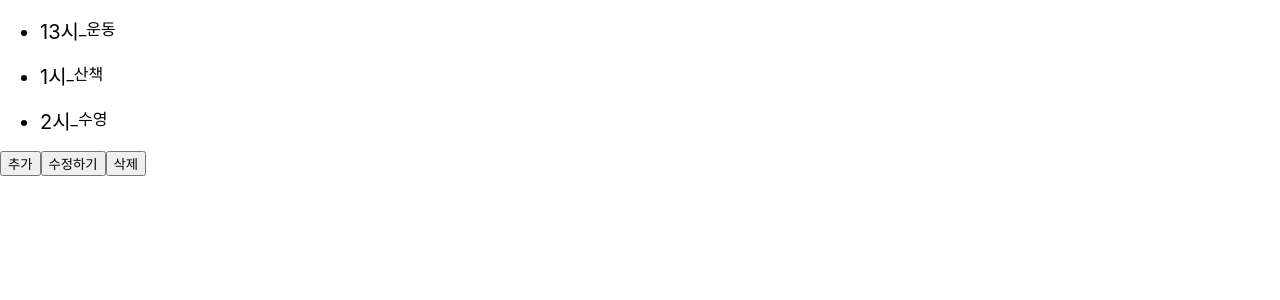
Repository: 0gunkim/REACT-TODO-PRAC
Page: / (app in todo/)
The author's editor kept a copy of each file at every save. The page is drawn from the files as they stood at one save, then again after the next save.
The browser window is 1280 px wide. The pictures show the whole page.
The project was rebuilt for these pictures with package versions that can differ from the ones it lists, and the page was loaded fresh each time.

Above is the page before, as saved 2023-01-04 15:38:12.

### todo/src/App.js
import TodoList from "./pages/TodoList";


function App() {
  return (
    <div className="App">
   <TodoList></TodoList>
    </div>
  );
}

export default App;

### todo/src/pages/TodoList.jsx
import React from 'react';
import { useState } from 'react';
import { initialTodo } from '../util/initialTodo';
import { AddButton } from '../components/AddButton';
import { EditButton } from '../components/EditButton';
import { DeleteButton } from '../components/DeleteButton';
import styled from 'styled-components';
export default function TodoList() {
    const [todo, setTodo] = useState(initialTodo)
    console.log(todo)
    return (
        <div>
            {todo.map((list)=>{
                return(
                <div key={list.id}>
                    <ul>
                        <STList>
                            <STTime>{list.time}시 </STTime><div>_{list.title}</div>
                        </STList>
                    </ul>
                </div>

                )})}
                <STButton>
                <AddButton todo={todo} setTodo={setTodo} />
                <EditButton todo={todo} setTodo={setTodo} />
                <DeleteButton todo={todo} setTodo={setTodo} />
                </STButton>

        </div>
    );
}
const STTime = styled.li`
    font-size: 20px;
`
const STList = styled.div`
    display: flex;
`
const STButton = styled.div`
    display: flex;
`

### todo/src/util/initialTodo.js
export const initialTodo = [
{
    id: 1,
    title: '운동',
    time: '13',
},
{
    id: 2,
    title: '산책',
    time: '1',
},
{
    id: 3,
    title: '수영',
    time: '2',
},
]

### todo/src/components/AddButton.jsx
import React from 'react';
import { nanoid } from 'nanoid'

export const AddButton = (props) => {
    const id = nanoid()
    const {todo, setTodo} = props;
    console.log(todo)
    const addHandlerButton = () => {
        const ff = prompt(`오늘의 할일은?`);
        const time = prompt(`몇시 (숫자만 입력)`);
        setTodo(() => (
            [...todo, {title: ff, time ,id}]
        ))
    };
    return(
        <div>
        <button onClick={addHandlerButton}>추가</button>
        </div>
    );
};

### todo/src/components/EditButton.jsx
import React from 'react';

export const EditButton = (props) => {
    const editHandlerButton = () => {
        const {todo, setTodo} = props;
        const editId = prompt(`몇시를 수정하고 싶나요? (숫자만 입력해주세요)`);
        const current = prompt(`수정하고싶은 일을 적어주세요`);
        setTodo(todo.map((i) => {
            if(i.time === editId){
                return {...i, title: current}
            }
           return i;
        }))
    };
    return(
        <div>
            <button onClick={editHandlerButton}>수정하기</button>
        </div>
    );
};

### todo/src/components/DeleteButton.jsx
import React from 'react';

export const DeleteButton = () => {
    return(
        <div>
            <button>삭제</button>
        </div>
    );
};

Loaded but not shown: todo/public/index.html (common file); todo/src/index.js (common file); todo/src/index.css (common file); todo/src/reportWebVitals.js (common file)

After the next save:
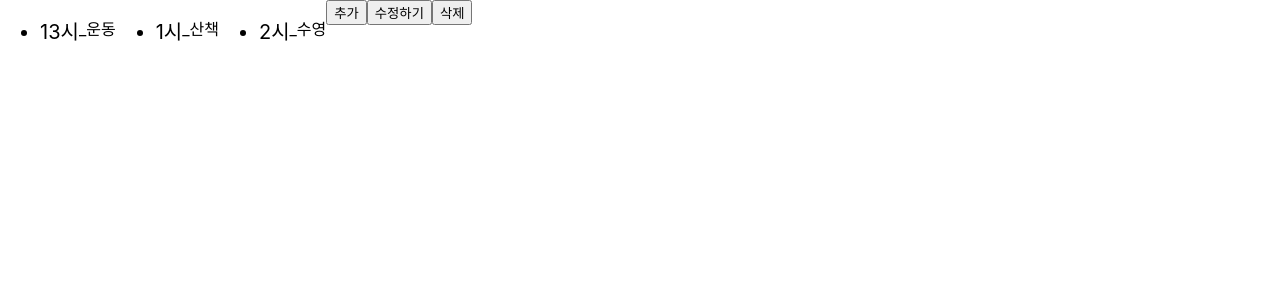
Saved 41 s later.
--- a/todo/src/pages/TodoList.jsx
+++ b/todo/src/pages/TodoList.jsx
@@ -9,7 +9,7 @@ export default function TodoList() {
     const [todo, setTodo] = useState(initialTodo)
     console.log(todo)
     return (
-        <div>
+        <STContainer>
             {todo.map((list)=>{
                 return(
                 <div key={list.id}>
@@ -27,9 +27,13 @@ export default function TodoList() {
                 <DeleteButton todo={todo} setTodo={setTodo} />
                 </STButton>
 
-        </div>
+        </STContainer>
     );
 }
+const STContainer = styled.div`
+    display: flex;
+
+`
 const STTime = styled.li`
     font-size: 20px;
 `
